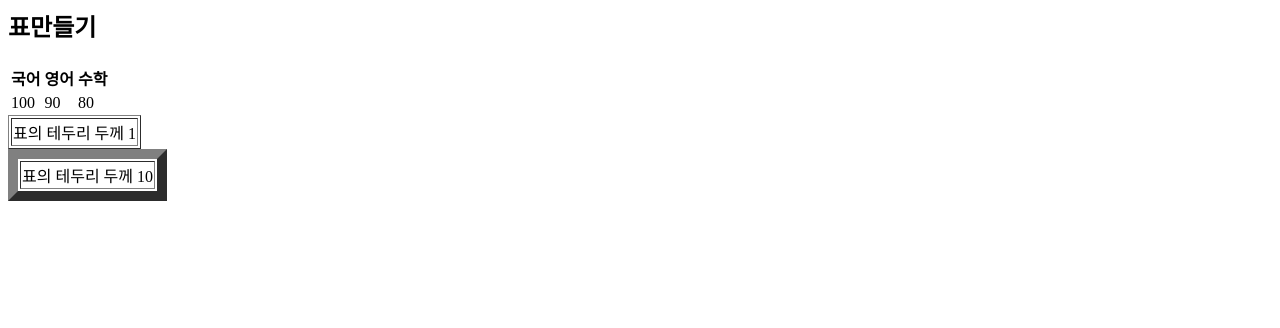
Repository: kisunssong/jsp
Page: http://localhost/test/table.jsp
The author's editor kept a copy of each file at every save. The page is drawn from the files as they stood at one save, then again after the next save.
The browser window is 1280 px wide. The pictures show the whole page.
The page is served by Tomcat 9.

Above is the page before, as saved 2020-10-28 13:55:11.

### test/WebContent/table.jsp
<%@ page language="java" contentType="text/html; charset=EUC-KR"
    pageEncoding="EUC-KR"%>
<HTML>
<HEAD><TITLE>표만들기 시작~</TITLE></HEAD>
<H2>표만들기</H2>
<TABLE>
<TR><TH>국어<TH>영어<TH>수학</TR>
<!-- TR은 ROW 하나의 행을 구분 을 지정) -->
<!-- TH은 COLUMN 윗줄에 제목 지정 -->
<TR><TD>100<TD>90<TD>80</TR>
<!-- TD은 COLUMN에 밑에 데이터를 지정 -->
</TABLE>

<TABLE BORDER="1">
<!-- 테이블의 BORDER=테두리두께 -->
<TR><TD>표의 테두리 두께 1</TR>
<TABLE BORDER="10">
<TR><TD>표의 테두리 두께 10</TR>
</TABLE>

</HTML>

After the next save:
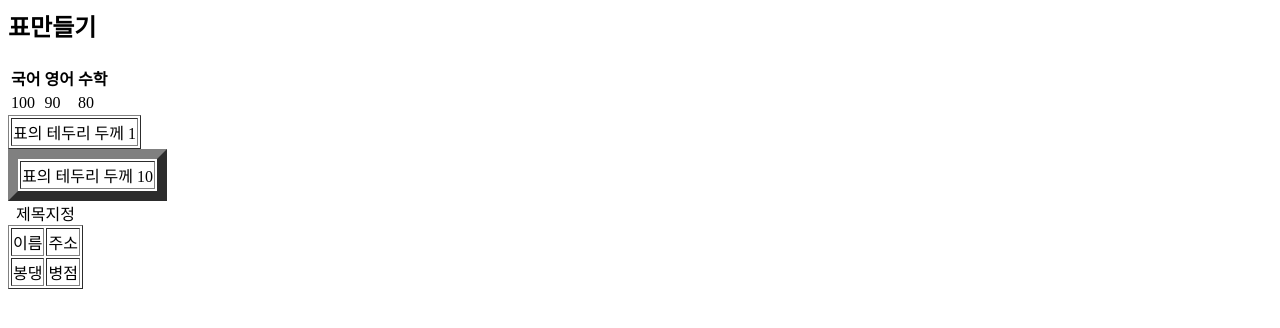
Saved 117 s later.
--- a/test/WebContent/table.jsp
+++ b/test/WebContent/table.jsp
@@ -18,4 +18,10 @@
 <TR><TD>표의 테두리 두께 10</TR>
 </TABLE>
 
+<TABLE BORDER="1">
+<CAPTION ALIGN="TOP">제목지정</CAPTION>
+<TR><TD>이름<TD>주소</TR>
+<TR><TD>봉댕<TD>병점</TR>
+</TABLE>
+
 </HTML>
